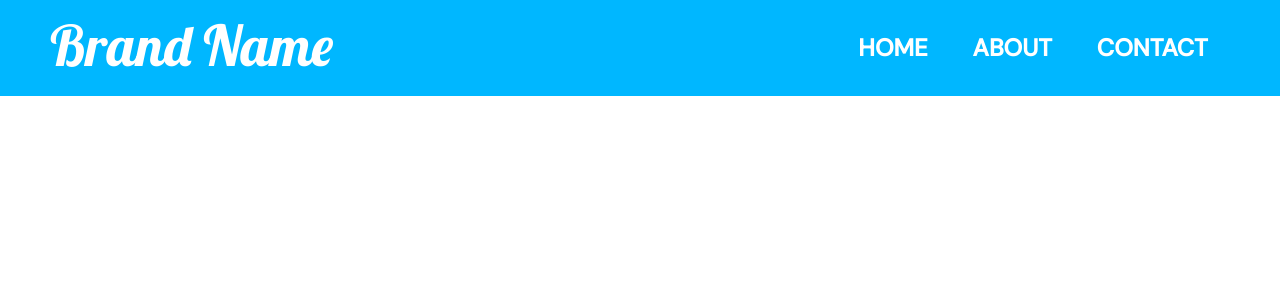
Repository: Jrap-bit/PeriodofSharing
Page: index.html
These files come from the project's save history. The page is drawn as it stood at one moment and after the next save; the edit follows.
The browser window is 1280 px wide. The pictures show the whole page.

Above is the page before, as saved 2022-01-13 21:26:29.

### index.html
<!DOCTYPE html>
<html lang="en">
<head>
    <meta charset="UTF-8">
    <meta http-equiv="X-UA-Compatible" content="IE=edge">
    <meta name="viewport" content="width=device-width, initial-scale=1.0">
    <link rel='stylesheet' href = 'style.css'>
    <title>Women</title>
</head>
<body>
    <nav class="navbar">
        <div class="brand-title">
            Brand Name
        </div>
        <a href="#" class="toggle-button">
            <span class="bar"></span>
            <span class="bar"></span>
            <span class="bar"></span>
        </a>
        <div class="navbar-links">
            <ul>
                <li><a href="#Home">HOME</a></li>
                <li><a href="#About">ABOUT</a></li>
                <li><a href="#Contact">CONTACT</a></li>
            </ul>
        </div>
    </nav>
</body>
</html>

### style.css
@import url('https://fonts.googleapis.com/css2?family=DM+Sans:wght@500&display=swap');
@import url('https://fonts.googleapis.com/css2?family=Bebas+Neue&family=Lobster&display=swap');

* {
    box-sizing: border-box;
    font-family: 'DM Sans', sans-serif;
}

body {
    margin: 0;
    padding: 0;
}

html{
    scroll-behavior: smooth;
}

.navbar{
    display: flex;
    justify-content: space-between;
    align-items: center;
    background-color: rgb(0, 183, 255);
    color: white;

}

.brand-title{
    font-family: 'Lobster', cursive;
    font-size: 3.5rem;
    margin: 10px 50px;
    margin-bottom: 15px;

}

.navbar-links ul{
    margin: 10px 50px 10px 50px;
    display: flex;
}

.navbar-links li {
    font-family: 'Bebas Neue', cursive;
    font-weight: bold;
    list-style: none;
    font-size: 1.5rem;

}

.navbar-links li a{
    text-decoration: none;
    color: white;
    padding: 1.4rem;
    display: block;
}

.navbar-links li:hover{
    background-color: rgb(1, 54, 75);
}

.toggle-button {
    position: absolute;
    top: .75rem;
    right: 1rem;
    display: none;
    flex-direction: column;
    justify-content: space-between;
    width: 30px;
    height: 21px;
}

.toggle-button .bar{
    height: 3px;
    width: 100%;
    background-color: white;
    border-radius: 10px;
}

@media (max-width: 800px) {
    .toggle-button{
        display: flex;
    }
    .navbar-links{
        display: none;
        width: 100%;
    }

    .navbar{
        flex-direction: column;
        align-items: flex-start;
    }

    .navbar-links ul {
        flex-direction: column;
        width: 100%;

    }

    .navbar-links li{
        text-align: center;
    }

    .navbar-links li a{
        padding: 0.5rem 1rem;
    }

    .navbar-links.active{
        display: flex;
    }

    .toggle-button:hover{
        background-color: #666;
    }
}

After the next save:
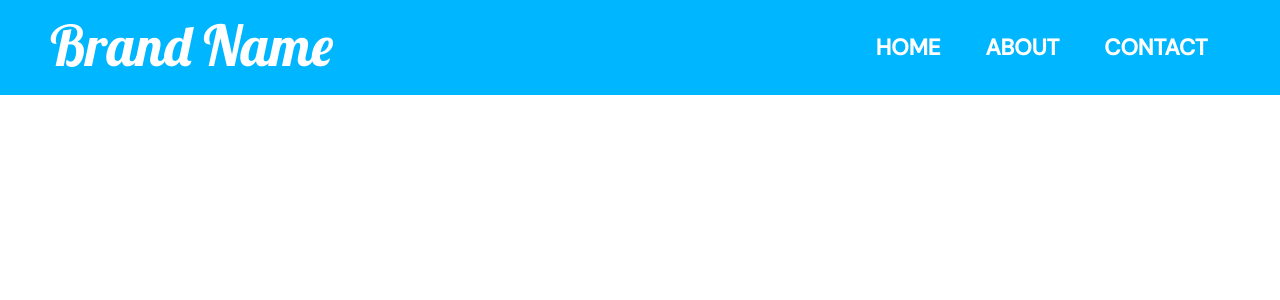
Saved 5 s later.
--- a/style.css
+++ b/style.css
@@ -41,7 +41,7 @@ html{
     font-family: 'Bebas Neue', cursive;
     font-weight: bold;
     list-style: none;
-    font-size: 1.5rem;
+    font-size: 1.4rem;
 
 }
 
